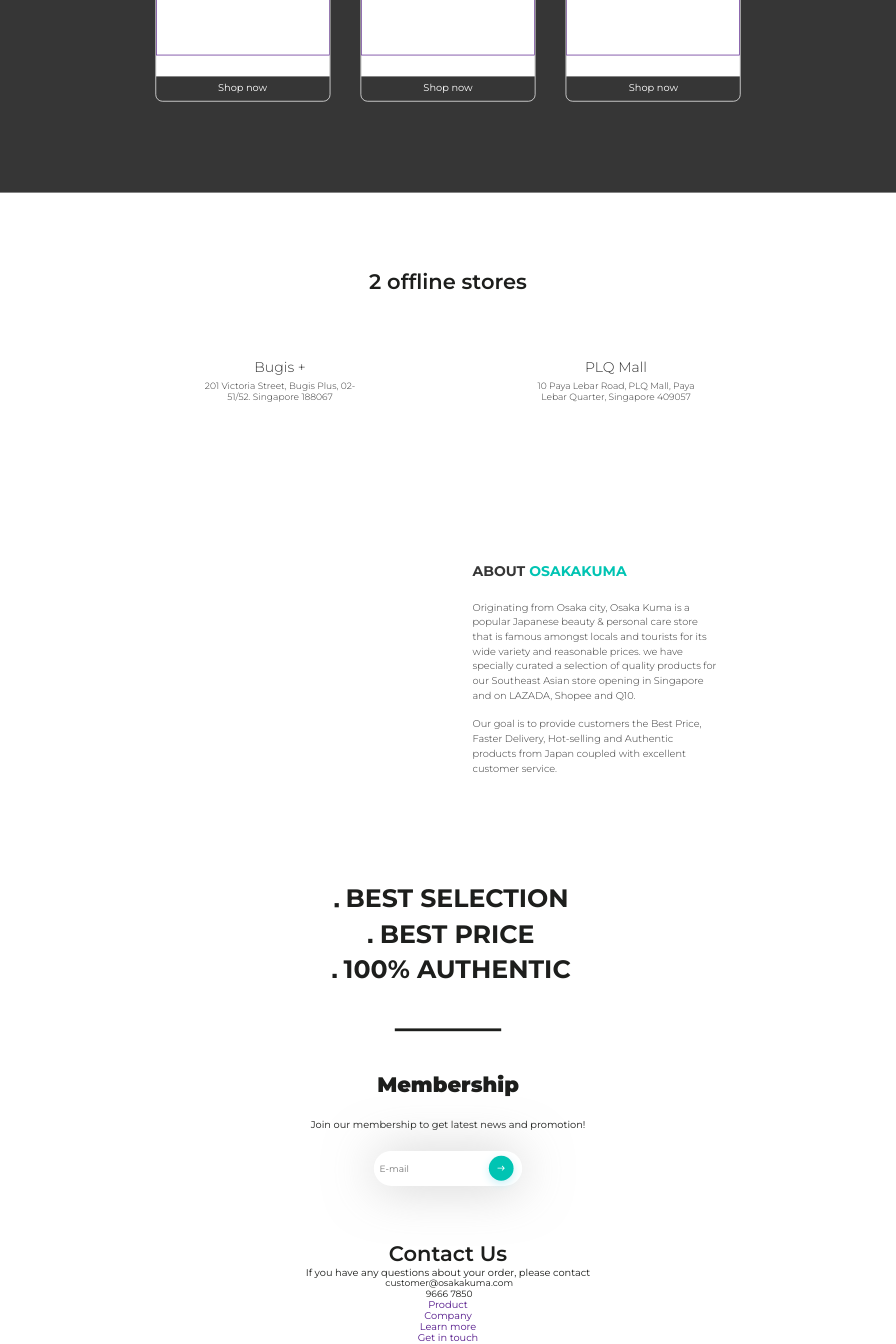
Repository: wendylw/osakakuma-landing
Page: index.html
These files come from the project's save history. The page is drawn as it stood at one moment and after the next save; the edit follows.
The browser window is 1280 px wide. The pictures show the part of the page from y = 1253 to 3173 px (the page is 3173 px tall), at 70% of full size.
The style sheet was rebuilt from its Sass, Less or Tailwind sources for each picture, by a compiler version that may differ from the author's.

Above is the page before, as saved 2021-03-04 04:12:38.

After the next save:
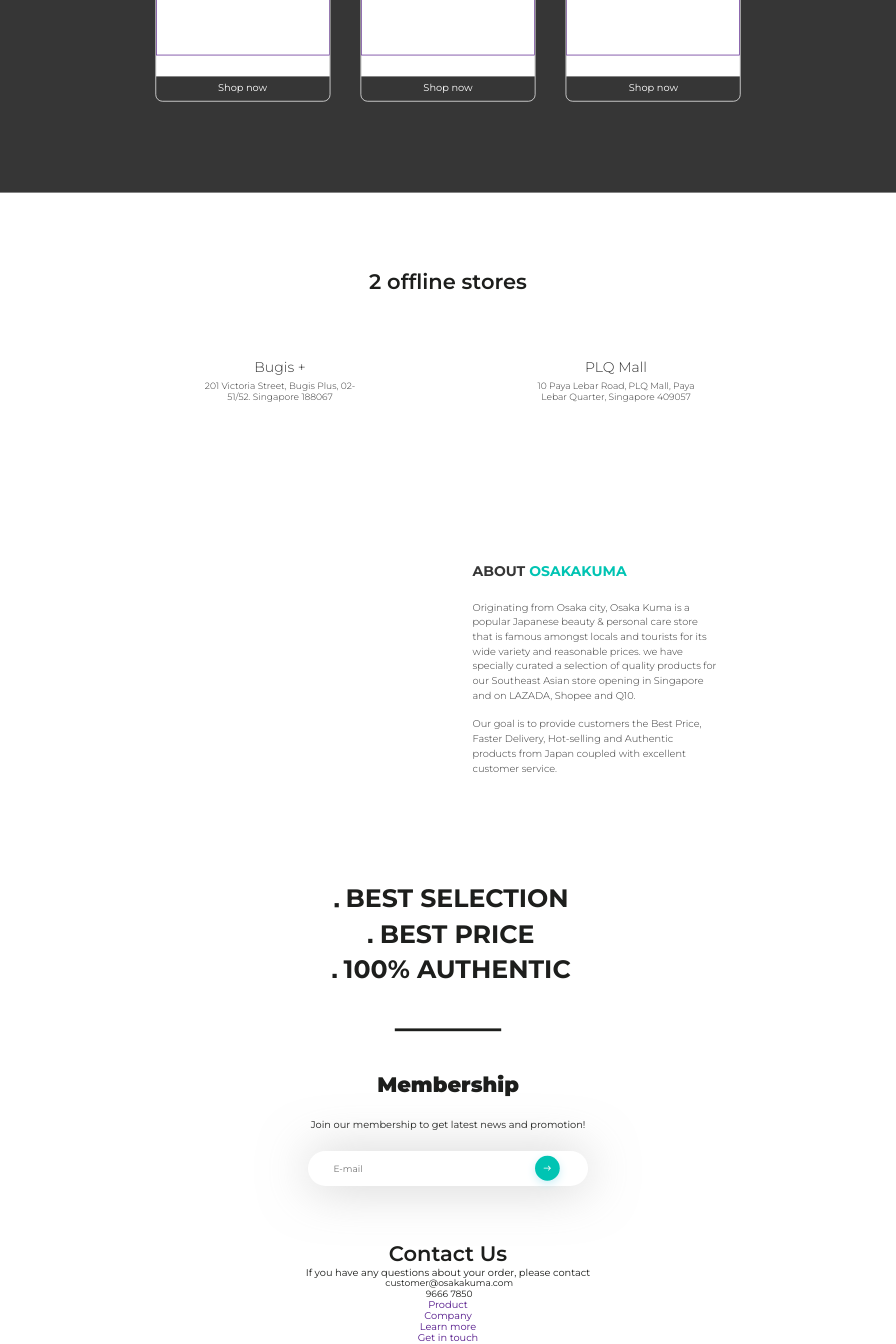
Saved 8 s later.
--- a/styles/_homepage.scss
+++ b/styles/_homepage.scss
@@ -157,7 +157,7 @@
 
   &__form {
     display: inline-block;
-    max-width: 400px;
+    width: 400px;
     background-color: $white;
     box-shadow: 0 2px 70px 0 rgba(161, 161, 161, 0.50);
     border-radius: 100px;
